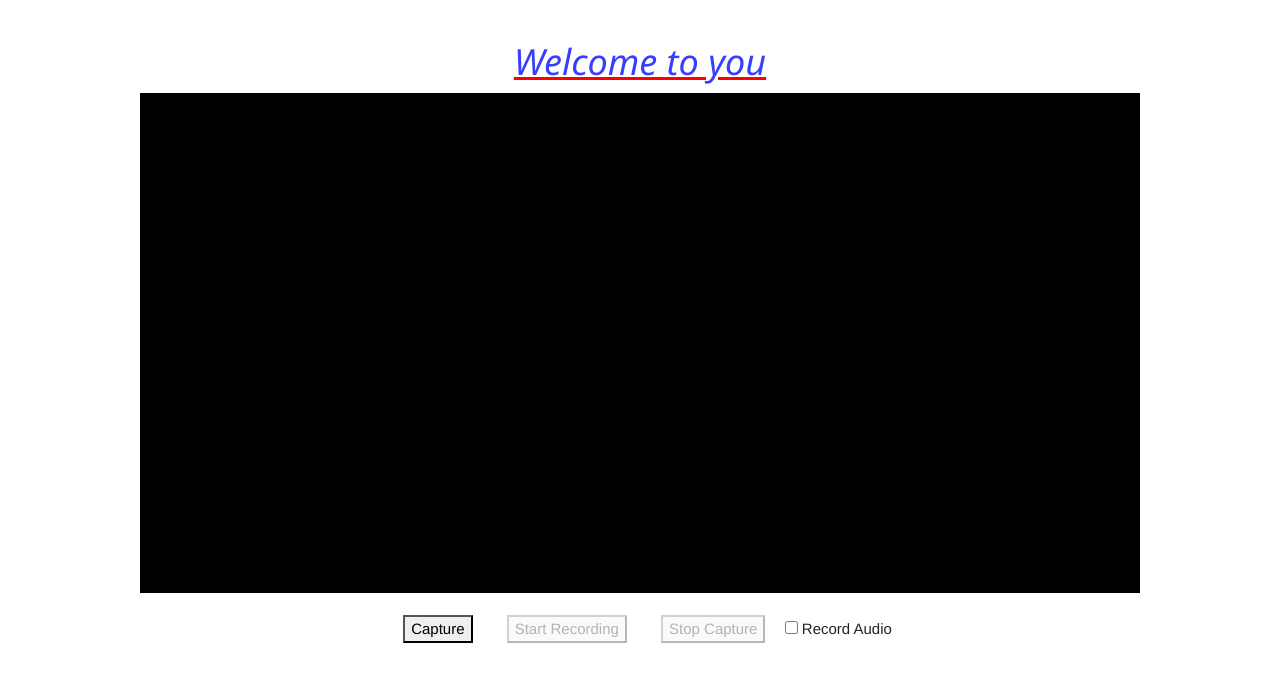
Repository: santiljanomalaj/recording_youtube
Page: index.html
These files come from the project's save history. The page is drawn as it stood at one moment and after the next save; the edit follows.
The browser window is 1280 px wide. The pictures show the whole page.

Above is the page before, as saved 2020-04-29 18:33:39.

### index.html
<!DOCTYPE html>
<html lang="en">
  <head>
    <title>video/audio capture</title>
    <meta charset="utf-8" />
    <meta http-equiv="X-UA-Compatible" content="IE=edge" />
    <meta name="viewport" content="width=device-width, initial-scale=1" />

    <link
      rel="stylesheet"
      href="https://maxcdn.bootstrapcdn.com/bootstrap/4.4.1/css/bootstrap.min.css"
    />
    <link rel="stylesheet" href="https://www.w3schools.com/w3css/4/w3.css" />
    <link
      rel="stylesheet"
      href="https://fonts.googleapis.com/css?family=Tangerine"
    />
    <link rel="stylesheet" href="style.css" />

    <!-- <script>
      if (location.protocol !== "https:") location.protocol = "https:";
    </script> -->
    <!-- import the webpage's stylesheet -->
  </head>
  <body>
    <center>
      <div class="w3-container w3-tangerine">
        <u style="color: red;"><h1 class="w3-xxlarge">Welcome to you</h1></u>
      </div>
      <p id="warning">
        Enable chrome://flags/#enable-experimental-web-platform-features
      </p>
      <video
        style="background-color: black; width: 1000px; height: 500px;"
        id="videoElement"
        autoplay
      ></video>
      <br />
      <button id="captureBtn">Capture</button>
      <button id="startBtn" disabled>Start Recording</button>
      <button id="stopBtn" disabled>Stop Capture</button>
      <input type="checkbox" id="audioToggle" />
      <label for="audioToggle">Record Audio</label>
      <a class="btn btn-primary" id="download" href="#" style="display: none;"
        >Download</a
      >
      <a
        type="button"
        class="btn btn-primary"
        id="trim"
        href="https://video-cut.glitch.me/"
        style="display: none;"
        target="trim"
        >Trim Video</a
      >
      <a
        type="button"
        class="btn btn-primary"
        id="convert"
        href="https://convert-to-mp4.glitch.me/"
        style="display: none;"
        target="convert"
        >Convert to MP4</a
      >
    </center>

    <script src="comlink.js"></script>
    <script src="https://ajax.googleapis.com/ajax/libs/jquery/3.4.1/jquery.min.js"></script>
    <script src="https://cdnjs.cloudflare.com/ajax/libs/popper.js/1.16.0/umd/popper.min.js"></script>
    <script src="https://maxcdn.bootstrapcdn.com/bootstrap/4.4.1/js/bootstrap.min.js"></script>

    <script>
      if ("getDisplayMedia" in navigator.mediaDevices)
        warning.style.display = "none";

      let blobs;
      let blob;
      let rec;
      let stream;

      captureBtn.onclick = async () => {
        trim.style.display = "none";
        convert.style.display = "none";
        download.style.display = "none";
        let audio = audioToggle.checked || false;

        stream = await navigator.mediaDevices.getDisplayMedia({
          video: true,
          audio: audio,
        });
        stream
          .getVideoTracks()
          .forEach((track) => (track.contentHint = "text"));
        videoElement.srcObject = stream;
        let opts = { mimeType: "video/webm; codecs=h264" };
        blobs = [];
        rec = new MediaRecorder(stream, opts);
        rec.ondataavailable = (e) => blobs.push(e.data);
        rec.onstop = () => {
          blob = new Blob(blobs, { type: "video/mp4" });
          let url = window.URL.createObjectURL(blob);
          download.href = url;
          download.download = "test.mp4";
          download.style.display = "block";
          trim.style.display = "block";
          convert.style.display = "block";
        };
        startBtn.disabled = false;
        captureBtn.disabled = true;
        audioToggle.disabled = true;
      };

      startBtn.onclick = () => {
        startBtn.disabled = true;
        stopBtn.disabled = false;
        rec.start();
      };

      stopBtn.onclick = () => {
        captureBtn.disabled = false;
        startBtn.disabled = true;
        stopBtn.disabled = true;
        audioToggle.disabled = false;
        rec.stop();
        stream.getTracks().forEach((s) => s.stop());
        videoElement.srcObject = null;
        stream = null;
      };

      trim.onclick = async (event) => {
        event.preventDefault();
        let cutWindow = window.open(event.target.href);
        let start = Comlink.proxy(cutWindow);
        setTimeout(async () => {
          let result = await start(
            new File([blob], "test.webm", { type: "video/webm" }),
            "00:00:00"
          );
        }, 1000);
      };

      convert.onclick = async (event) => {
        event.preventDefault();
        let convertWindow = window.open(event.target.href);
        let start = Comlink.proxy(convertWindow);
        setTimeout(async () => {
          let result = await start(
            new File([blob], "test.webm", { type: "video/webm" })
          );
        }, 1000);
      };
    </script>
  </body>
</html>

### style.css
/* CSS files add styling rules to your content */

body {
  font-family: "Benton Sans", "Helvetica Neue", helvetica, arial, sans-serif;
  margin: 2em;
}

h1 {
  font-style: italic;
  color: #373fff;
}

video {
  width: 1000px;
  height: 1000px;
}

button {
  margin: 1em;
  padding: 1;
}

.w3-tangerine {
  font-family: "Tangerine", serif;
}

### comlink.js
/**
 * Copyright 2017 Google Inc. All Rights Reserved.
 * Licensed under the Apache License, Version 2.0 (the "License");
 * you may not use this file except in compliance with the License.
 * You may obtain a copy of the License at
 *     http://www.apache.org/licenses/LICENSE-2.0
 * Unless required by applicable law or agreed to in writing, software
 * distributed under the License is distributed on an "AS IS" BASIS,
 * WITHOUT WARRANTIES OR CONDITIONS OF ANY KIND, either express or implied.
 * See the License for the specific language governing permissions and
 * limitations under the License.
 */
(function (factory) {
  if (typeof module === "object" && typeof module.exports === "object") {
    var v = factory(require, exports);
    if (v !== undefined) module.exports = v;
  } else if (typeof define === "function" && define.amd) {
    define(["require", "exports"], factory);
  } else {
    factory([], (self.Comlink = {}));
  }
})(function (require, exports) {
  "use strict";
  Object.defineProperty(exports, "__esModule", { value: true });
  const TRANSFERABLE_TYPES = [ArrayBuffer, MessagePort];
  const uid = Math.floor(Math.random() * Number.MAX_SAFE_INTEGER);
  const proxyValueSymbol = Symbol("proxyValue");
  const throwSymbol = Symbol("throw");
  const proxyTransferHandler = {
    canHandle: (obj) => obj && obj[proxyValueSymbol],
    serialize: (obj) => {
      const { port1, port2 } = new MessageChannel();
      expose(obj, port1);
      return port2;
    },
    deserialize: (obj) => {
      return proxy(obj);
    },
  };
  const throwTransferHandler = {
    canHandle: (obj) => obj && obj[throwSymbol],
    serialize: (obj) => obj.toString() + "\n" + obj.stack,
    deserialize: (obj) => {
      throw Error(obj);
    },
  };
  exports.transferHandlers = new Map([
    ["PROXY", proxyTransferHandler],
    ["THROW", throwTransferHandler],
  ]);
  let pingPongMessageCounter = 0;
  function proxy(endpoint, target) {
    if (isWindow(endpoint)) endpoint = windowEndpoint(endpoint);
    if (!isEndpoint(endpoint))
      throw Error(
        "endpoint does not have all of addEventListener, removeEventListener and postMessage defined"
      );
    activateEndpoint(endpoint);
    return cbProxy(
      async (irequest) => {
        let args = [];
        if (irequest.type === "APPLY" || irequest.type === "CONSTRUCT")
          args = irequest.argumentsList.map(wrapValue);
        const response = await pingPongMessage(
          endpoint,
          Object.assign({}, irequest, { argumentsList: args }),
          transferableProperties(args)
        );
        const result = response.data;
        return unwrapValue(result.value);
      },
      [],
      target
    );
  }
  exports.proxy = proxy;
  function proxyValue(obj) {
    obj[proxyValueSymbol] = true;
    return obj;
  }
  exports.proxyValue = proxyValue;
  function expose(rootObj, endpoint) {
    if (isWindow(endpoint)) endpoint = windowEndpoint(endpoint);
    if (!isEndpoint(endpoint))
      throw Error(
        "endpoint does not have all of addEventListener, removeEventListener and postMessage defined"
      );
    activateEndpoint(endpoint);
    attachMessageHandler(endpoint, async function (event) {
      if (!event.data.id || !event.data.callPath) return;
      const irequest = event.data;
      let that = await irequest.callPath
        .slice(0, -1)
        .reduce((obj, propName) => obj[propName], rootObj);
      let obj = await irequest.callPath.reduce(
        (obj, propName) => obj[propName],
        rootObj
      );
      let iresult = obj;
      let args = [];
      if (irequest.type === "APPLY" || irequest.type === "CONSTRUCT")
        args = irequest.argumentsList.map(unwrapValue);
      if (irequest.type === "APPLY") {
        try {
          iresult = await obj.apply(that, args);
        } catch (e) {
          iresult = e;
          iresult[throwSymbol] = true;
        }
      }
      if (irequest.type === "CONSTRUCT") {
        try {
          iresult = new obj(...args); // eslint-disable-line new-cap
          iresult = proxyValue(iresult);
        } catch (e) {
          iresult = e;
          iresult[throwSymbol] = true;
        }
      }
      if (irequest.type === "SET") {
        obj[irequest.property] = irequest.value;
        // FIXME: ES6 Proxy Handler `set` methods are supposed to return a
        // boolean. To show good will, we return true asynchronously ¯\_(ツ)_/¯
        iresult = true;
      }
      iresult = makeInvocationResult(iresult);
      iresult.id = irequest.id;
      return endpoint.postMessage(iresult, transferableProperties([iresult]));
    });
  }
  exports.expose = expose;
  function wrapValue(arg) {
    // Is arg itself handled by a TransferHandler?
    for (const [key, transferHandler] of exports.transferHandlers) {
      if (transferHandler.canHandle(arg)) {
        return {
          type: key,
          value: transferHandler.serialize(arg),
        };
      }
    }
    // If not, traverse the entire object and find handled values.
    let wrappedChildren = [];
    for (const item of iterateAllProperties(arg)) {
      for (const [key, transferHandler] of exports.transferHandlers) {
        if (transferHandler.canHandle(item.value)) {
          wrappedChildren.push({
            path: item.path,
            wrappedValue: {
              type: key,
              value: transferHandler.serialize(item.value),
            },
          });
        }
      }
    }
    for (const wrappedChild of wrappedChildren) {
      const container = wrappedChild.path
        .slice(0, -1)
        .reduce((obj, key) => obj[key], arg);
      container[wrappedChild.path[wrappedChild.path.length - 1]] = null;
    }
    return {
      type: "RAW",
      value: arg,
      wrappedChildren,
    };
  }
  function unwrapValue(arg) {
    if (exports.transferHandlers.has(arg.type)) {
      const transferHandler = exports.transferHandlers.get(arg.type);
      return transferHandler.deserialize(arg.value);
    } else if (isRawWrappedValue(arg)) {
      for (const wrappedChildValue of arg.wrappedChildren || []) {
        if (!exports.transferHandlers.has(wrappedChildValue.wrappedValue.type))
          throw Error(
            `Unknown value type "${arg.type}" at ${wrappedChildValue.path.join(
              "."
            )}`
          );
        const transferHandler = exports.transferHandlers.get(
          wrappedChildValue.wrappedValue.type
        );
        const newValue = transferHandler.deserialize(
          wrappedChildValue.wrappedValue.value
        );
        replaceValueInObjectAtPath(arg.value, wrappedChildValue.path, newValue);
      }
      return arg.value;
    } else {
      throw Error(`Unknown value type "${arg.type}"`);
    }
  }
  function replaceValueInObjectAtPath(obj, path, newVal) {
    const lastKey = path.slice(-1)[0];
    const lastObj = path.slice(0, -1).reduce((obj, key) => obj[key], obj);
    lastObj[lastKey] = newVal;
  }
  function isRawWrappedValue(arg) {
    return arg.type === "RAW";
  }
  function windowEndpoint(w) {
    if (self.constructor.name !== "Window") throw Error("self is not a window");
    return {
      addEventListener: self.addEventListener.bind(self),
      removeEventListener: self.removeEventListener.bind(self),
      postMessage: (msg, transfer) => w.postMessage(msg, "*", transfer),
    };
  }
  function isEndpoint(endpoint) {
    return (
      "addEventListener" in endpoint &&
      "removeEventListener" in endpoint &&
      "postMessage" in endpoint
    );
  }
  function activateEndpoint(endpoint) {
    if (isMessagePort(endpoint)) endpoint.start();
  }
  function attachMessageHandler(endpoint, f) {
    // Checking all possible types of `endpoint` manually satisfies TypeScript’s
    // type checker. Not sure why the inference is failing here. Since it’s
    // unnecessary code I’m going to resort to `any` for now.
    // if(isWorker(endpoint))
    //   endpoint.addEventListener('message', f);
    // if(isMessagePort(endpoint))
    //   endpoint.addEventListener('message', f);
    // if(isOtherWindow(endpoint))
    //   endpoint.addEventListener('message', f);
    endpoint.addEventListener("message", f);
  }
  function detachMessageHandler(endpoint, f) {
    // Same as above.
    endpoint.removeEventListener("message", f);
  }
  function isMessagePort(endpoint) {
    return endpoint.constructor.name === "MessagePort";
  }
  function isWindow(endpoint) {
    // TODO: This doesn’t work on cross-origin iframes.
    // return endpoint.constructor.name === 'Window';
    return ["window", "length", "location", "parent", "opener"].every(
      (prop) => prop in endpoint
    );
  }
  /**
   * `pingPongMessage` sends a `postMessage` and waits for a reply. Replies are
   * identified by a unique id that is attached to the payload.
   */
  function pingPongMessage(endpoint, msg, transferables) {
    const id = `${uid}-${pingPongMessageCounter++}`;
    return new Promise((resolve) => {
      attachMessageHandler(endpoint, function handler(event) {
        if (event.data.id !== id) return;
        detachMessageHandler(endpoint, handler);
        resolve(event);
      });
      // Copy msg and add `id` property
      msg = Object.assign({}, msg, { id });
      endpoint.postMessage(msg, transferables);
    });
  }
  function cbProxy(cb, callPath = [], target = function () {}) {
    return new Proxy(target, {
      construct(_target, argumentsList, proxy) {
        return cb({
          type: "CONSTRUCT",
          callPath,
          argumentsList,
        });
      },
      apply(_target, _thisArg, argumentsList) {
        // We use `bind` as an indicator to have a remote function bound locally.
        // The actual target for `bind()` is currently ignored.
        if (callPath[callPath.length - 1] === "bind")
          return cbProxy(cb, callPath.slice(0, -1));
        return cb({
          type: "APPLY",
          callPath,
          argumentsList,
        });
      },
      get(_target, property, proxy) {
        if (property === "then" && callPath.length === 0) {
          return { then: () => proxy };
        } else if (property === "then") {
          const r = cb({
            type: "GET",
            callPath,
          });
          return Promise.resolve(r).then.bind(r);
        } else {
          return cbProxy(cb, callPath.concat(property), _target[property]);
        }
      },
      set(_target, property, value, _proxy) {
        return cb({
          type: "SET",
          callPath,
          property,
          value,
        });
      },
    });
  }
  function isTransferable(thing) {
    return TRANSFERABLE_TYPES.some((type) => thing instanceof type);
  }
  function* iterateAllProperties(value, path = [], visited = null) {
    if (!value) return;
    if (!visited) visited = new WeakSet();
    if (visited.has(value)) return;
    if (typeof value === "string") return;
    if (typeof value === "object") visited.add(value);
    if (ArrayBuffer.isView(value)) return;
    yield { value, path };
    const keys = Object.keys(value);
    for (const key of keys)
      yield* iterateAllProperties(value[key], [...path, key], visited);
  }
  function transferableProperties(obj) {
    const r = [];
    for (const prop of iterateAllProperties(obj)) {
      if (isTransferable(prop.value)) r.push(prop.value);
    }
    return r;
  }
  function makeInvocationResult(obj) {
    for (const [type, transferHandler] of exports.transferHandlers) {
      if (transferHandler.canHandle(obj)) {
        const value = transferHandler.serialize(obj);
        return {
          value: { type, value },
        };
      }
    }
    return {
      value: {
        type: "RAW",
        value: obj,
      },
    };
  }
});

After the next save:
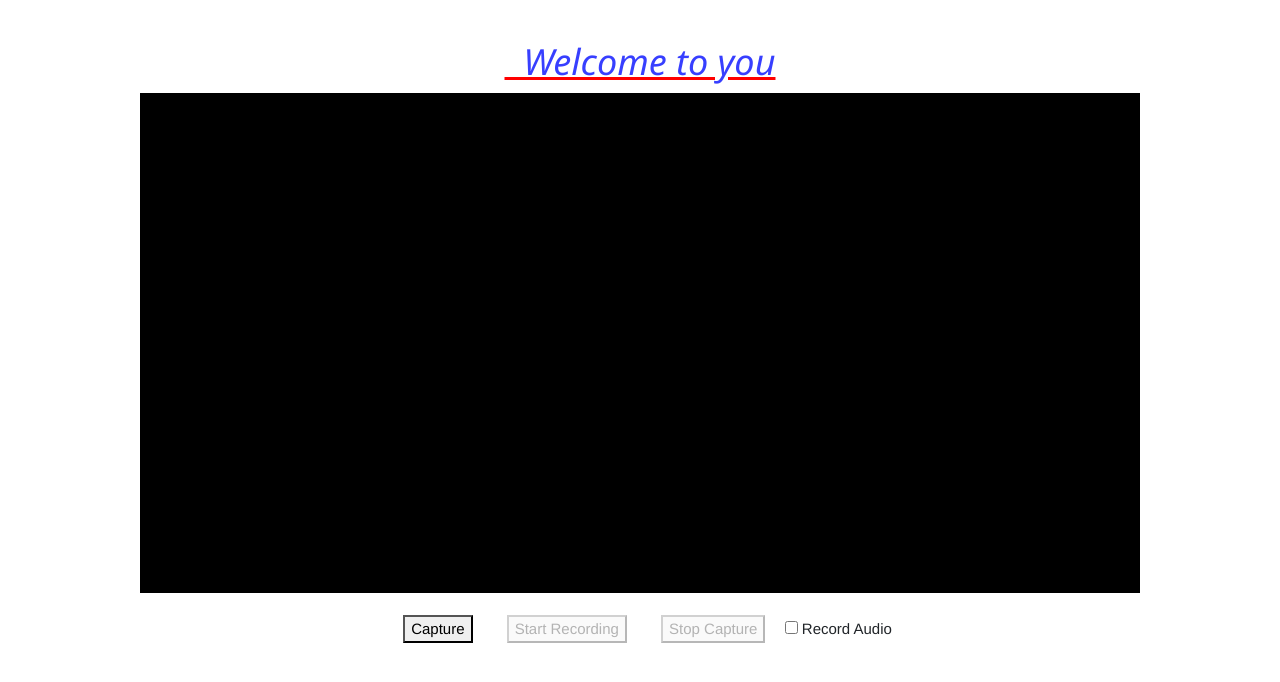
Saved 49 s later.
--- a/index.html
+++ b/index.html
@@ -25,7 +25,9 @@
   <body>
     <center>
       <div class="w3-container w3-tangerine">
-        <u style="color: red;"><h1 class="w3-xxlarge">Welcome to you</h1></u>
+        <u style="color: red;"
+          ><h1 class="w3-xxlarge">&nbsp Welcome to you</h1></u
+        >
       </div>
       <p id="warning">
         Enable chrome://flags/#enable-experimental-web-platform-features

After the save that followed:
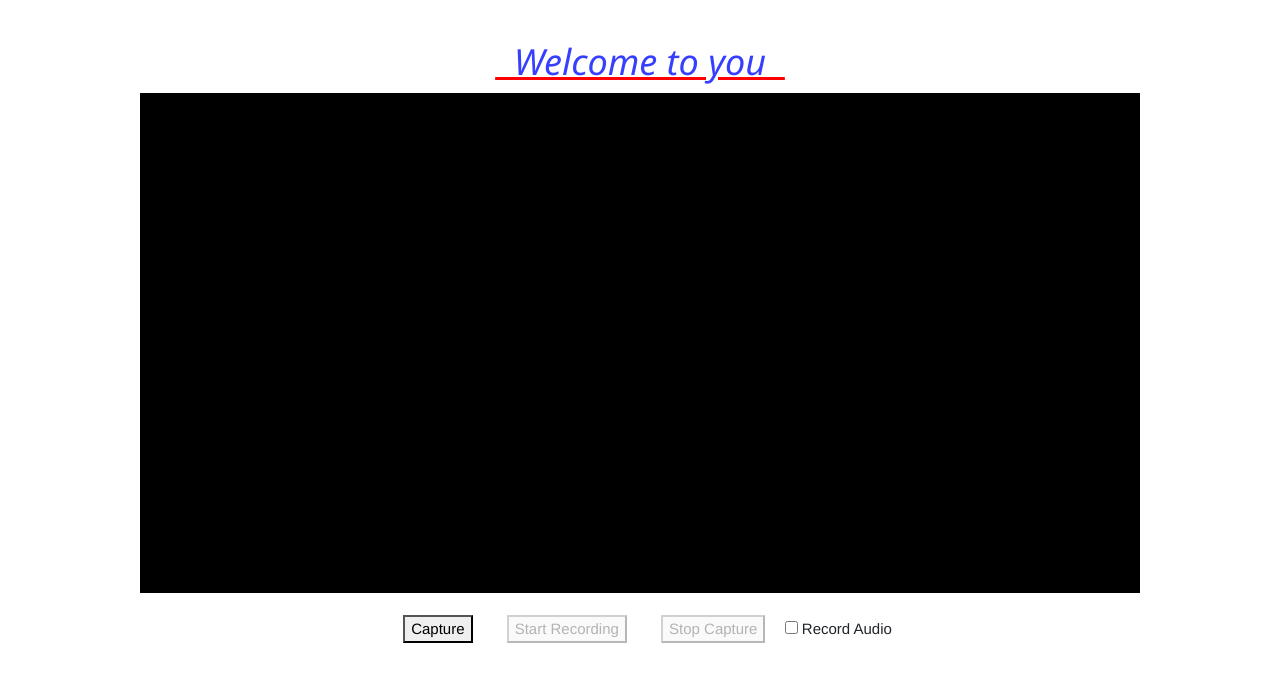
Saved 19 s later.
--- a/index.html
+++ b/index.html
@@ -26,7 +26,7 @@
     <center>
       <div class="w3-container w3-tangerine">
         <u style="color: red;"
-          ><h1 class="w3-xxlarge">&nbsp Welcome to you</h1></u
+          ><h1 class="w3-xxlarge">&nbsp Welcome to you &nbsp</h1></u
         >
       </div>
       <p id="warning">
